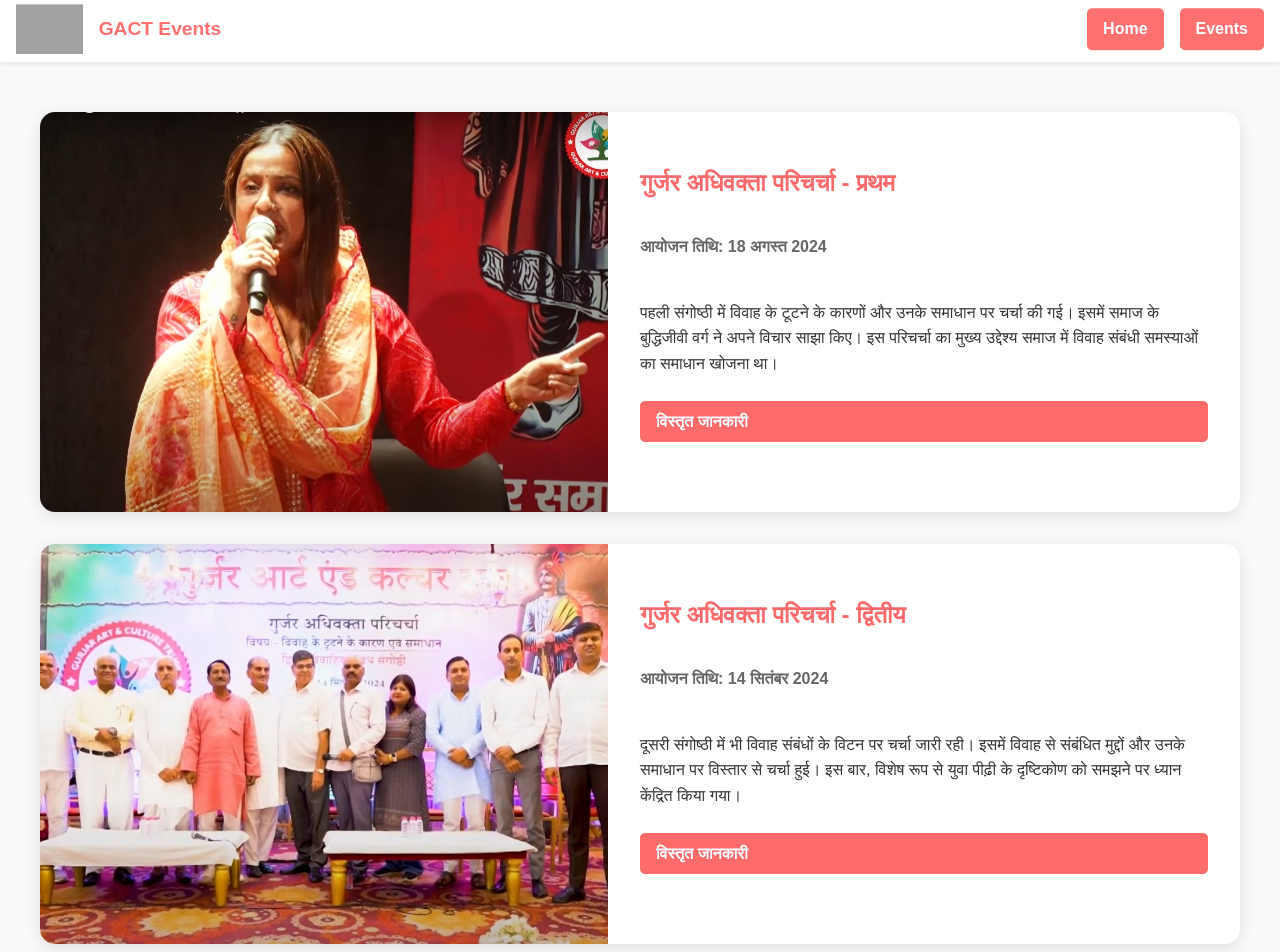
Repository: thegurjararyan/website-master
Page: adhivaktaparicharchaall.html
An editor plug-in stored every save of this project. The page is shown before and after the next save, followed by the edit.
The browser window is 1280 px wide. The pictures show the part of the page from y = 0 to 952 px (the page is 1498 px tall).
Pictures or frames that could not be fetched are drawn as grey boxes.

Above is the page before, as saved 2024-11-08 13:46:28.

After the next save:
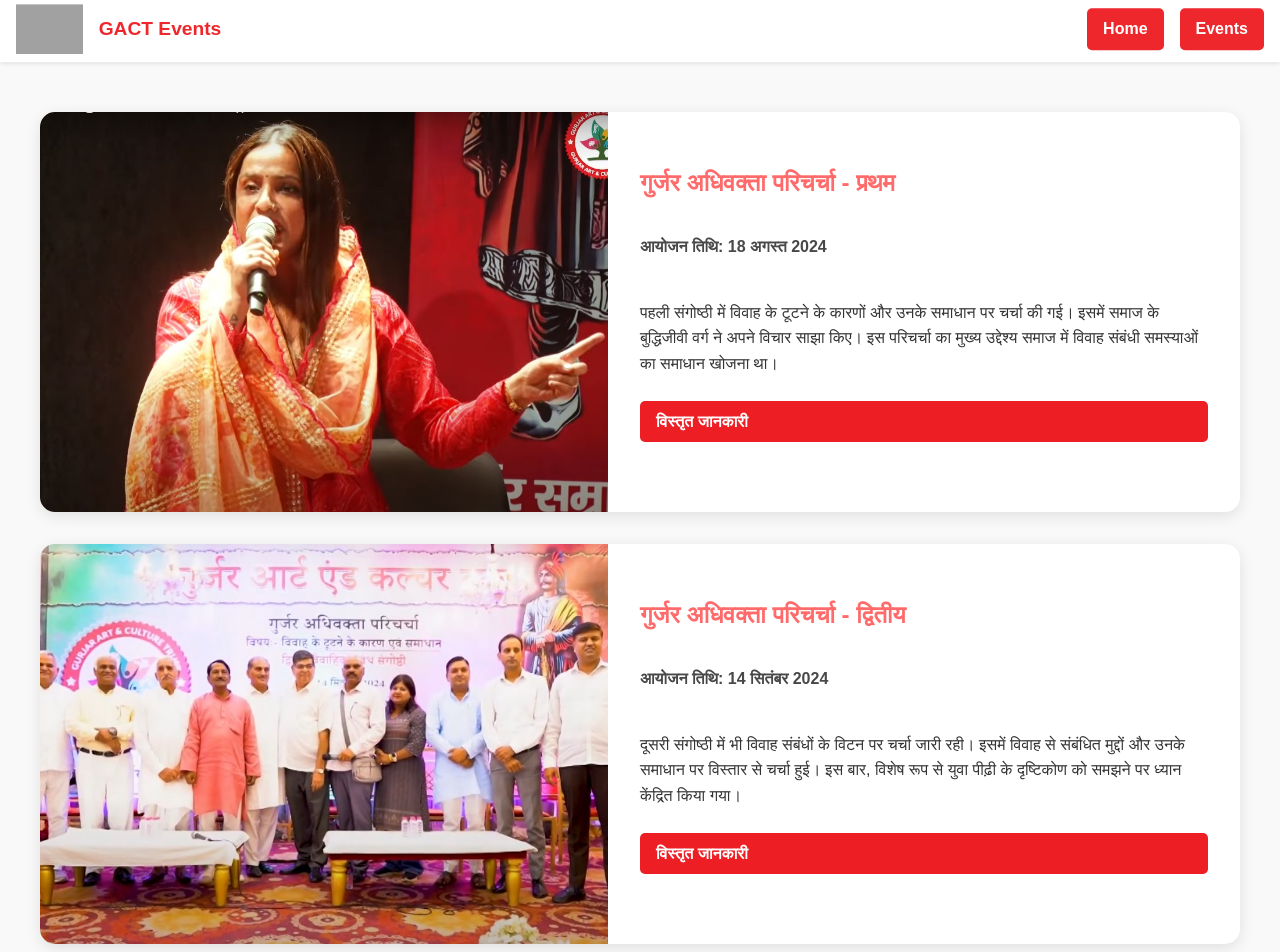
Saved 7 min 0 s later.
--- a/adhivaktaparicharchaall.html
+++ b/adhivaktaparicharchaall.html
@@ -43,6 +43,7 @@
             display: flex;
             align-items: center;
             gap: 1rem;
+
         }
 
         .logo { height: 50px; }
@@ -50,13 +51,13 @@
         .title {
             font-size: 1.2rem;
             font-weight: bold;
-            color: var(--primary-color);
+            color: #ed1f24;
         }
 
         .nav-buttons { display: flex; gap: 1rem; }
 
         .btn {
-            background-color: var(--primary-color);
+            background-color: #ed1f24;
             color: #ffffff;
             padding: 0.5rem 1rem;
             text-decoration: none;
@@ -66,7 +67,7 @@
         }
 
         .btn:hover {
-            background-color: #e05555;
+            background-color: #ed1f24;
         }
 
         .container {
@@ -123,13 +124,13 @@
 
         .event-date {
             font-weight: bold;
-            color: #666;
+            color: #484848;
             margin-bottom: 1rem;
         }
 
         .read-more {
             display: inline-block;
-            background-color: var(--primary-color);
+            background-color: #ed1f24;
             color: #ffffff;
             padding: 0.5rem 1rem;
             text-decoration: none;
@@ -139,11 +140,11 @@
         }
 
         .read-more:hover {
-            background-color: #e05555;
+            background-color: #ed1f24;
         }
 
         footer {
-            background-color: var(--primary-color);
+            background-color: #000000;
             color: #ffffff;
             text-align: center;
             padding: 1rem;
